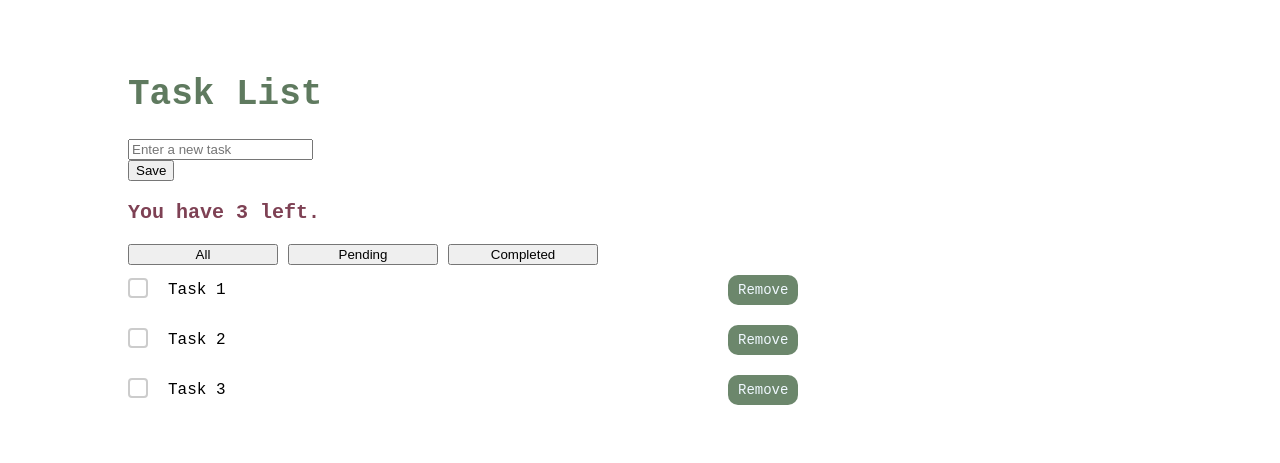
Repository: SandyLy453/task-list
Page: /
An editor plug-in stored every save of this project. The page is shown before and after the next save, followed by the edit.
The browser window is 1280 px wide. The pictures show the whole page.
The project was rebuilt for these pictures with package versions that can differ from the ones it lists, and the page was loaded fresh each time. Also part of the build but not shown: vite.config.js.

Above is the page before, as saved 2024-10-25 18:24:20.

After the next save:
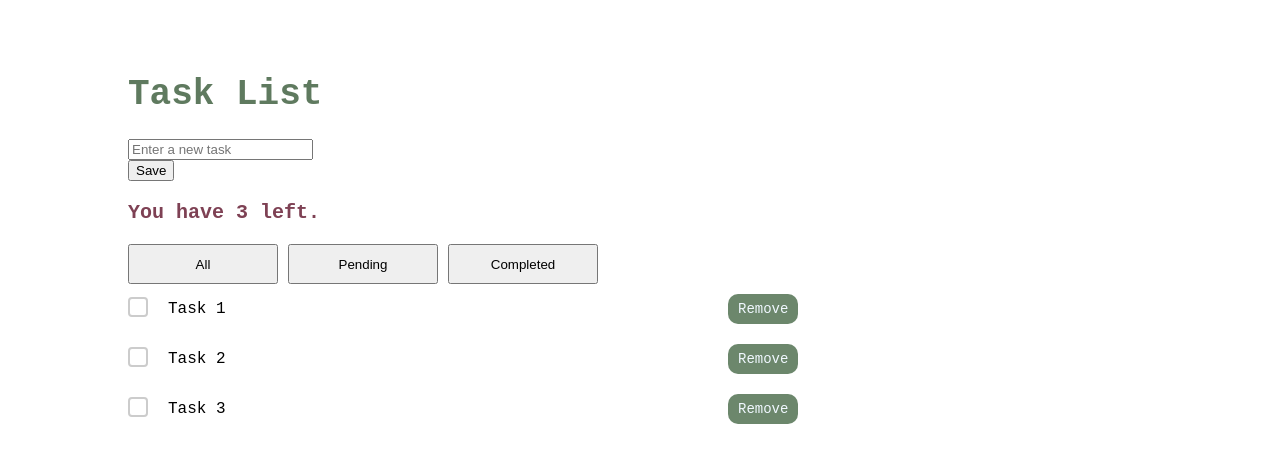
Saved 10 s later.
--- a/src/index.css
+++ b/src/index.css
@@ -40,6 +40,7 @@
 
 .filter-btn {
   width: 150px;
+  height: 40px;
 }
 
 .sm-btn{
